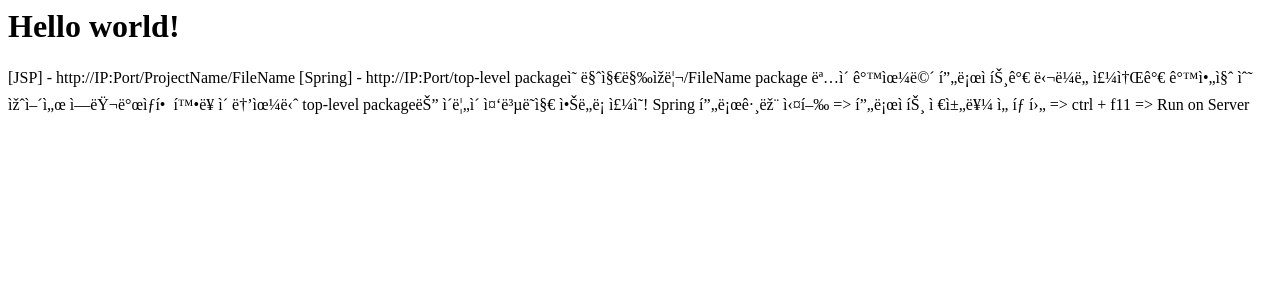
Repository: womss/sexyguy
Page: http://localhost/Feb10_1_Spring/
An editor plug-in stored every save of this project. The page is shown before and after the next save, followed by the edit.
The browser window is 1280 px wide. The pictures show the whole page.
The page is served by Tomcat 9. Other server files are loaded and not shown.

Above is the page before, as saved 2025-02-10 03:22:25.

### Spring/Feb10_1_Spring/src/main/webapp/WEB-INF/views/home.jsp
<%@ taglib uri="http://java.sun.com/jsp/jstl/core" prefix="c" %>
<%@ page session="false" %>
<html>
<head>
	<title>Home</title>
</head>
<body>
<h1>Hello world!</h1>

	[JSP] - http://IP:Port/ProjectName/FileName
	[Spring] - http://IP:Port/top-level package의 마지막자리/FileName

	package 명이 같으면 프로젝트가 달라도 주소가 같아질 수 있어서
	에러발생할 확률이 높으니 top-level package는 이름이 중복되지 않도록 주의!

	Spring 프로그램 실행 => 프로젝트 저채를 선택 후
					=> ctrl + f11 => Run on Server




</body>
</html>

After the next save:
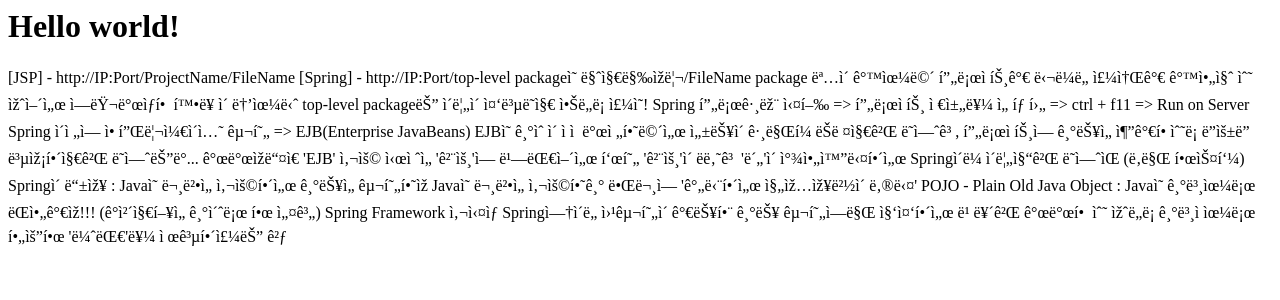
Saved 7 min 42 s later.
--- a/Spring/Feb10_1_Spring/src/main/webapp/WEB-INF/views/home.jsp
+++ b/Spring/Feb10_1_Spring/src/main/webapp/WEB-INF/views/home.jsp
@@ -16,6 +16,23 @@
 	Spring 프로그램 실행 => 프로젝트 저채를 선택 후
 					=> ctrl + f11 => Run on Server
 
+	Spring 이전에
+	애플리케이션 구현 => EJB(Enterprise JavaBeans)
+	EJB의 기술이 점점 발전하면서 성능이 그만큼 느려지게 되었고,
+	프로젝트에 기능을 추가할수록 더욱더 복잡해지게 되었는데...
+	개발자들은 'EJB' 사용 시절을 '겨울'에 빗대어서 표현
+	'겨울'이 끝나고 '봄'이 찾아왔다해서 Spring이라 이름짓게 되었음
+		(낭만 한스푼)
+	Spring이 등장 : Java의 문법을 사용해서 기능을 구현하자
+	Java의 문법을 사용하기 때문에 '간단해서 진입장벽이 낮다'
+	POJO - Plain Old Java Object : Java의 기본으로 돌아가자!!!
+		(객체지향을 기초로 한 설계)
+
+	Spring Framework
+	사실상 Spring없이도 웹구현이 가능함
+	기능 구현에만 집중해서 빠르게 개발할 수 있도록
+	기본적으로 필요한 '뼈대'를 제공해주는 것
+
 
 
 
